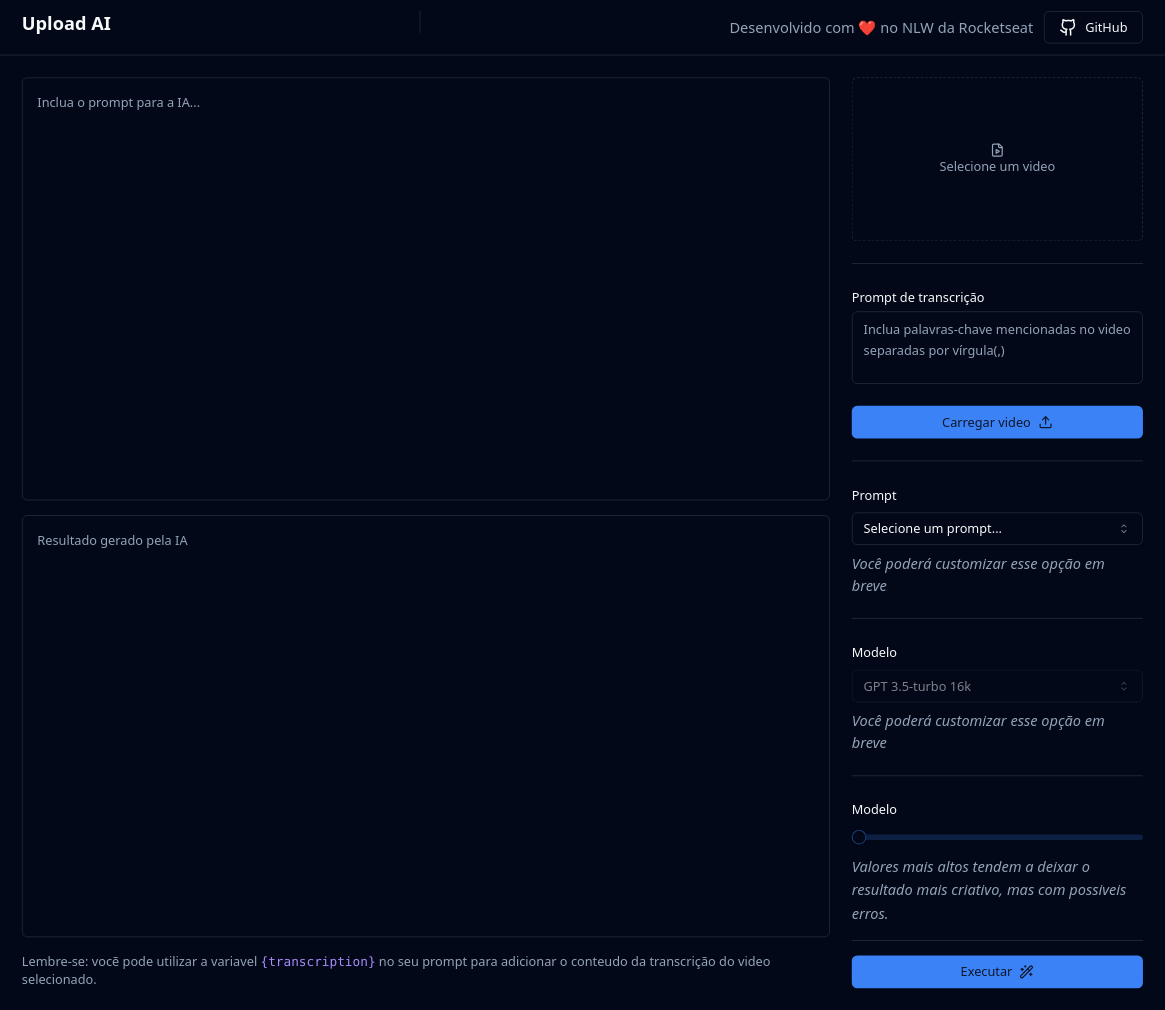
Repository: brksaian/nlw-2023-IA
Page: /
An editor plug-in stored every save of this project. The page is shown before and after the next save, followed by the edit.
The browser window is 1280 px wide. The pictures show the whole page, at 91% of full size.
The project was rebuilt for these pictures with package versions that can differ from the ones it lists, and the page was loaded fresh each time. Also part of the build but not shown: vite.config.ts.

Above is the page before, as saved 2023-09-13 12:04:59.

After the next save:
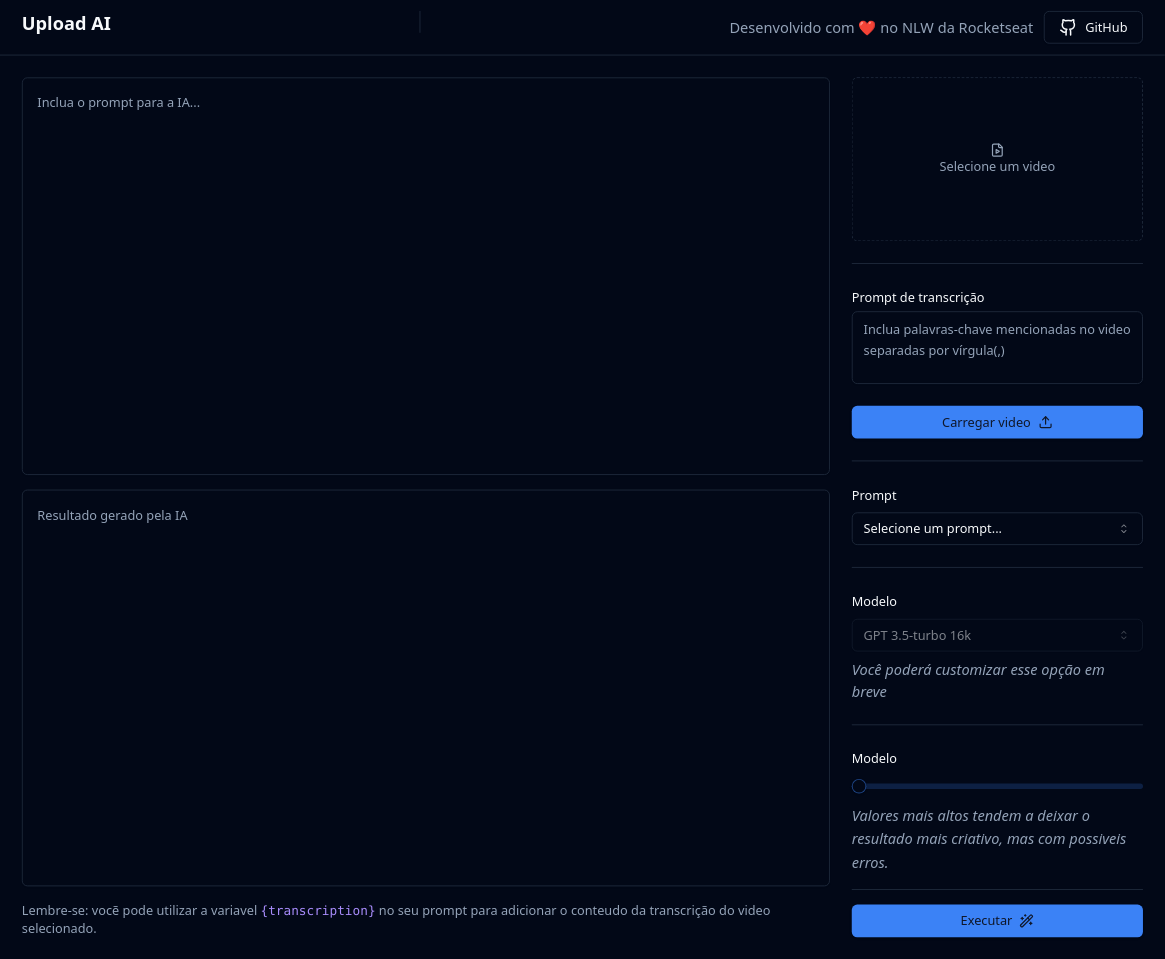
Saved 43 s later.
--- a/src/App.tsx
+++ b/src/App.tsx
@@ -102,9 +102,6 @@ export function App() {
                   </SelectItem>
                 </SelectContent>
               </Select>
-              <span className="text-xm text-muted-foreground block italic">
-                Você poderá customizar esse opção em breve
-              </span>
             </div>
           </form>
 
